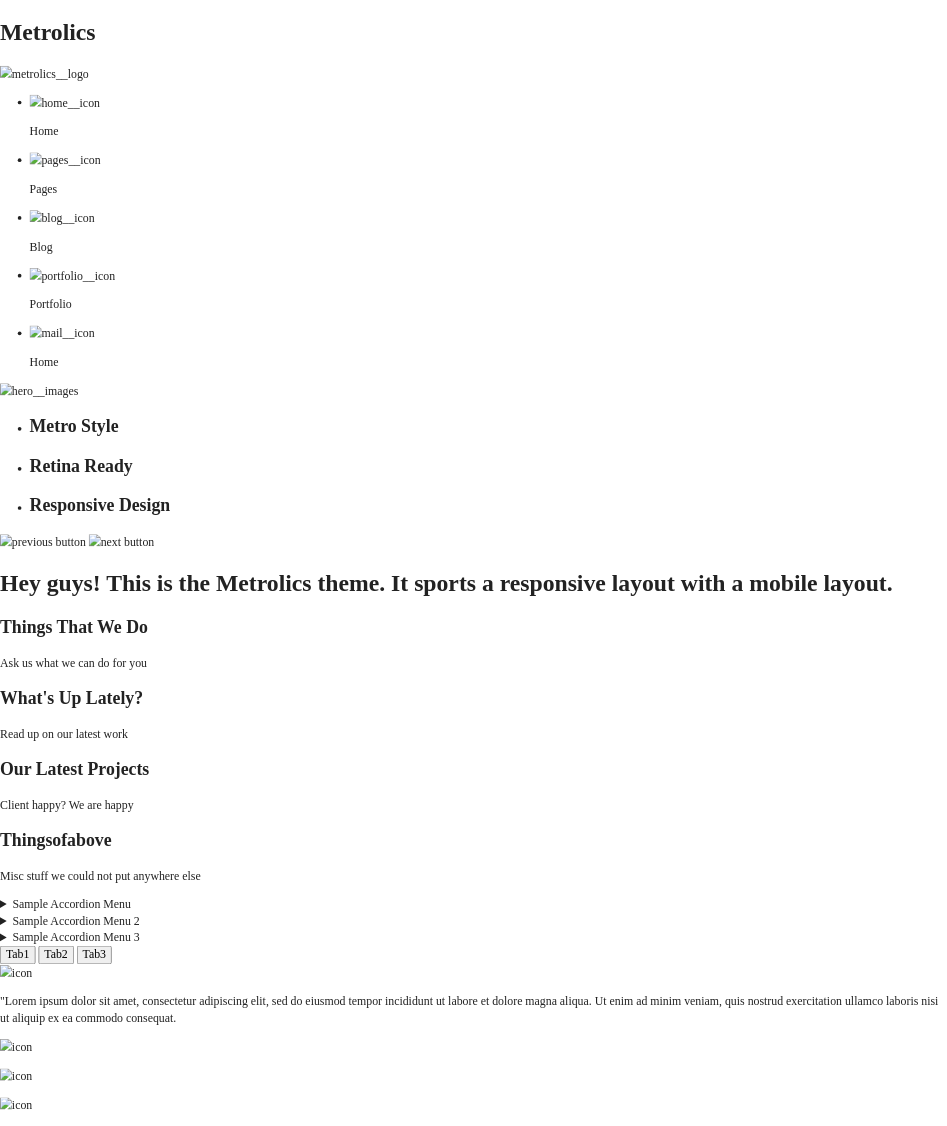
Repository: eilidhma/metrolics
Page: index.html
An editor plug-in stored every save of this project. The page is shown before and after a run of saves, followed by the edit.
The browser window is 1280 px wide. The pictures show the whole page, at 74% of full size.

Above is the page before, as saved 2021-01-26 23:44:29.

### index.html
<!doctype html>
<html class="no-js" lang="">

<head>
  <meta charset="utf-8">
  <title>Metrolics</title>
  <meta name="description" content="">
  <meta name="viewport" content="width=device-width, initial-scale=1">

  <meta property="og:title" content="">
  <meta property="og:type" content="">
  <meta property="og:url" content="">
  <meta property="og:image" content="">

  <link rel="manifest" href="site.webmanifest">
  <link rel="apple-touch-icon" href="icon.png">
  <!-- Place favicon.ico in the root directory -->

  <link rel="stylesheet" href="css/normalize.css">
  <link rel="stylesheet" href="css/main.css">

  <meta name="theme-color" content="#fafafa">
</head>


<!-- Add your site or application content here -->
<body class="page__home">
  <header class="page__header">
    <div class="page__title">
      <h1 class="large__headings">Metrolics</h1>
      <img src="" alt="metrolics__logo" class="header__icon">
    </div>
    <nav class="page__navigation">
      <ul class="navigation__section">
        <li class="navigation_items">
          <img src="" alt="home__icon" class="nav__icons">
          <p class="nav__titles">Home</p>
        </li>
        <li class="navigation_items">
          <img src="" alt="pages__icon" class="nav__icons">
          <p class="nav__titles">Pages</p>
        </li>
        <li class="navigation_items">
          <img src="" alt="blog__icon" class="nav__icons">
          <p class="nav__titles">Blog</p>
        </li>
        <li class="navigation_items">
          <img src="" alt="portfolio__icon" class="nav__icons">
          <p class="nav__titles">Portfolio</p>
        </li>
        <li class="navigation_items">
          <img src="" alt="mail__icon" class="nav__icons">
          <p class="nav__titles">Home</p>
        </li>
      </ul>
    </nav>
  </header>

  <section class="hero__section">
    <img src="" alt="hero__images">
    <ul class="hero__headings">
      <li>
        <div class="hero__headings__colour1"></div>
        <h2 class="medium__headings">Metro Style</h2>
      </li>
      <li>
        <div class="hero__headings__colour2"></div>
        <h2 class="medium__headings">Retina Ready</h2>
      </li>
      <li>
        <div class="hero__headings__colour3"></div>
        <h2 class="medium__headings">Responsive Design</h2>
      </li>
    </ul>
    <a class="prev" onclick="">
      <img src="" alt="previous button" class="prev__icon">
    </a>
    <a class="next" onclick="">
      <img src="" alt="next button" class="next__icon">
    </a>
  </section>

  <main class="page__main">
    <h1 class="large__headings">Hey guys! This is the Metrolics theme. It sports a responsive layout with a mobile layout.</h1>
    <h2 class="medium__headings">Things That We Do</h2>
    <p class="main__text">Ask us what we can do for you</p>

    <section>
      <div></div>
      <div></div>
      <div></div>
      <div></div>
    </section>

    <h2 class="medium__headings">What's Up Lately?</h2>
    <p class="main__text">Read up on our latest work</p>

    <section>
      <div></div>
      <div></div>
      <div></div>
    </section>

    <!-- SLIDER??? -->

    <h2 class="medium__headings">Our Latest Projects</h2>
    <p class="main__text">Client happy? We are happy</p>

    <section>
      <div></div>
      <div></div>
      <div></div>
      <div></div>
      <div></div>
      <div></div>
    </section>

    <h2 class="medium__headings">Thingsofabove</h2>
    <p class="main__text">Misc stuff we could not put anywhere else</p>

    <section>
      <div>
        <details>
          <summary>Sample Accordion Menu</summary>
          <img src="" alt="">
          <h4></h4>
          <p></p>
        </details>
        <details>
          <summary>Sample Accordion Menu 2</summary>
          <img src="" alt="">
          <h4></h4>
          <p></p>
        </details>
        <details>
          <summary>Sample Accordion Menu 3</summary>
          <img src="" alt="">
          <h4></h4>
          <p></p>
        </details>
      </div>
      <div>
        <div class="tab">
          <button class="tab__buttons" onclick="">Tab1</button>
          <button class="tab__buttons" onclick="">Tab2</button>
          <button class="tab__buttons" onclick="">Tab3</button>
        </div>
        <div class="tab__content">
          <div>
            <img src="" alt="icon" class="tab__content__icon">
            <p>"Lorem ipsum dolor sit amet, consectetur adipiscing elit, sed do eiusmod tempor incididunt ut labore et dolore magna aliqua. Ut enim ad minim veniam, quis nostrud exercitation ullamco laboris nisi ut aliquip ex ea commodo consequat. </p>
          </div>
          <div>
            <img src="" alt="icon" class="tab__content__icon">
            <p></p>
          </div>
          <div>
            <img src="" alt="icon" class="tab__content__icon">
            <p></p>
          </div>
          <div>
            <img src="" alt="icon" class="tab__content__icon">
            <p></p>
          </div>
        </div>
      </div>
    </section>
  </main>





  <script src="js/vendor/modernizr-3.11.2.min.js"></script>
  <script src="js/plugins.js"></script>
  <script src="js/main.js"></script>

  <!-- Google Analytics: change UA-XXXXX-Y to be your site's ID. -->
  <script>
    window.ga = function () { ga.q.push(arguments) }; ga.q = []; ga.l = +new Date;
    ga('create', 'UA-XXXXX-Y', 'auto'); ga('set', 'anonymizeIp', true); ga('set', 'transport', 'beacon'); ga('send', 'pageview')
  </script>
  <script src="https://www.google-analytics.com/analytics.js" async></script>
</body>

</html>

### css/main.css
/*! HTML5 Boilerplate v8.0.0 | MIT License | https://html5boilerplate.com/ */

/* main.css 2.1.0 | MIT License | https://github.com/h5bp/main.css#readme */
/*
 * What follows is the result of much research on cross-browser styling.
 * Credit left inline and big thanks to Nicolas Gallagher, Jonathan Neal,
 * Kroc Camen, and the H5BP dev community and team.
 */

/* ==========================================================================
   Base styles: opinionated defaults
   ========================================================================== */

html {
  color: #222;
  font-size: 1em;
  line-height: 1.4;
}

/*
 * Remove text-shadow in selection highlight:
 * https://twitter.com/miketaylr/status/12228805301
 *
 * Vendor-prefixed and regular ::selection selectors cannot be combined:
 * https://stackoverflow.com/a/16982510/7133471
 *
 * Customize the background color to match your design.
 */

::-moz-selection {
  background: #b3d4fc;
  text-shadow: none;
}

::selection {
  background: #b3d4fc;
  text-shadow: none;
}

/*
 * A better looking default horizontal rule
 */

hr {
  display: block;
  height: 1px;
  border: 0;
  border-top: 1px solid #ccc;
  margin: 1em 0;
  padding: 0;
}

/*
 * Remove the gap between audio, canvas, iframes,
 * images, videos and the bottom of their containers:
 * https://github.com/h5bp/html5-boilerplate/issues/440
 */

audio,
canvas,
iframe,
img,
svg,
video {
  vertical-align: middle;
}

/*
 * Remove default fieldset styles.
 */

fieldset {
  border: 0;
  margin: 0;
  padding: 0;
}

/*
 * Allow only vertical resizing of textareas.
 */

textarea {
  resize: vertical;
}

/* ==========================================================================
   Author's custom styles
   ========================================================================== */

/* ==========================================================================
   Helper classes
   ========================================================================== */

/*
 * Hide visually and from screen readers
 */

.hidden,
[hidden] {
  display: none !important;
}

/*
 * Hide only visually, but have it available for screen readers:
 * https://snook.ca/archives/html_and_css/hiding-content-for-accessibility
 *
 * 1. For long content, line feeds are not interpreted as spaces and small width
 *    causes content to wrap 1 word per line:
 *    https://medium.com/@jessebeach/beware-smushed-off-screen-accessible-text-5952a4c2cbfe
 */

.sr-only {
  border: 0;
  clip: rect(0, 0, 0, 0);
  height: 1px;
  margin: -1px;
  overflow: hidden;
  padding: 0;
  position: absolute;
  white-space: nowrap;
  width: 1px;
  /* 1 */
}

/*
 * Extends the .sr-only class to allow the element
 * to be focusable when navigated to via the keyboard:
 * https://www.drupal.org/node/897638
 */

.sr-only.focusable:active,
.sr-only.focusable:focus {
  clip: auto;
  height: auto;
  margin: 0;
  overflow: visible;
  position: static;
  white-space: inherit;
  width: auto;
}

/*
 * Hide visually and from screen readers, but maintain layout
 */

.invisible {
  visibility: hidden;
}

/*
 * Clearfix: contain floats
 *
 * For modern browsers
 * 1. The space content is one way to avoid an Opera bug when the
 *    `contenteditable` attribute is included anywhere else in the document.
 *    Otherwise it causes space to appear at the top and bottom of elements
 *    that receive the `clearfix` class.
 * 2. The use of `table` rather than `block` is only necessary if using
 *    `:before` to contain the top-margins of child elements.
 */

.clearfix::before,
.clearfix::after {
  content: " ";
  display: table;
}

.clearfix::after {
  clear: both;
}

/* ==========================================================================
   EXAMPLE Media Queries for Responsive Design.
   These examples override the primary ('mobile first') styles.
   Modify as content requires.
   ========================================================================== */

@media only screen and (min-width: 35em) {
  /* Style adjustments for viewports that meet the condition */
}

@media print,
  (-webkit-min-device-pixel-ratio: 1.25),
  (min-resolution: 1.25dppx),
  (min-resolution: 120dpi) {
  /* Style adjustments for high resolution devices */
}

/* ==========================================================================
   Print styles.
   Inlined to avoid the additional HTTP request:
   https://www.phpied.com/delay-loading-your-print-css/
   ========================================================================== */

@media print {
  *,
  *::before,
  *::after {
    background: #fff !important;
    color: #000 !important;
    /* Black prints faster */
    box-shadow: none !important;
    text-shadow: none !important;
  }

  a,
  a:visited {
    text-decoration: underline;
  }

  a[href]::after {
    content: " (" attr(href) ")";
  }

  abbr[title]::after {
    content: " (" attr(title) ")";
  }

  /*
   * Don't show links that are fragment identifiers,
   * or use the `javascript:` pseudo protocol
   */
  a[href^="#"]::after,
  a[href^="javascript:"]::after {
    content: "";
  }

  pre {
    white-space: pre-wrap !important;
  }

  pre,
  blockquote {
    border: 1px solid #999;
    page-break-inside: avoid;
  }

  /*
   * Printing Tables:
   * https://web.archive.org/web/20180815150934/http://css-discuss.incutio.com/wiki/Printing_Tables
   */
  thead {
    display: table-header-group;
  }

  tr,
  img {
    page-break-inside: avoid;
  }

  p,
  h2,
  h3 {
    orphans: 3;
    widows: 3;
  }

  h2,
  h3 {
    page-break-after: avoid;
  }
}

### js/plugins.js
// Avoid `console` errors in browsers that lack a console.
(function() {
  var method;
  var noop = function () {};
  var methods = [
    'assert', 'clear', 'count', 'debug', 'dir', 'dirxml', 'error',
    'exception', 'group', 'groupCollapsed', 'groupEnd', 'info', 'log',
    'markTimeline', 'profile', 'profileEnd', 'table', 'time', 'timeEnd',
    'timeline', 'timelineEnd', 'timeStamp', 'trace', 'warn'
  ];
  var length = methods.length;
  var console = (window.console = window.console || {});

  while (length--) {
    method = methods[length];

    // Only stub undefined methods.
    if (!console[method]) {
      console[method] = noop;
    }
  }
}());

// Place any jQuery/helper plugins in here.

Loaded but not shown: css/normalize.css (library); js/vendor/modernizr-3.11.2.min.js (library); js/main.js (no copy from this time; the picture is the same without it)

After the next 3 saves:
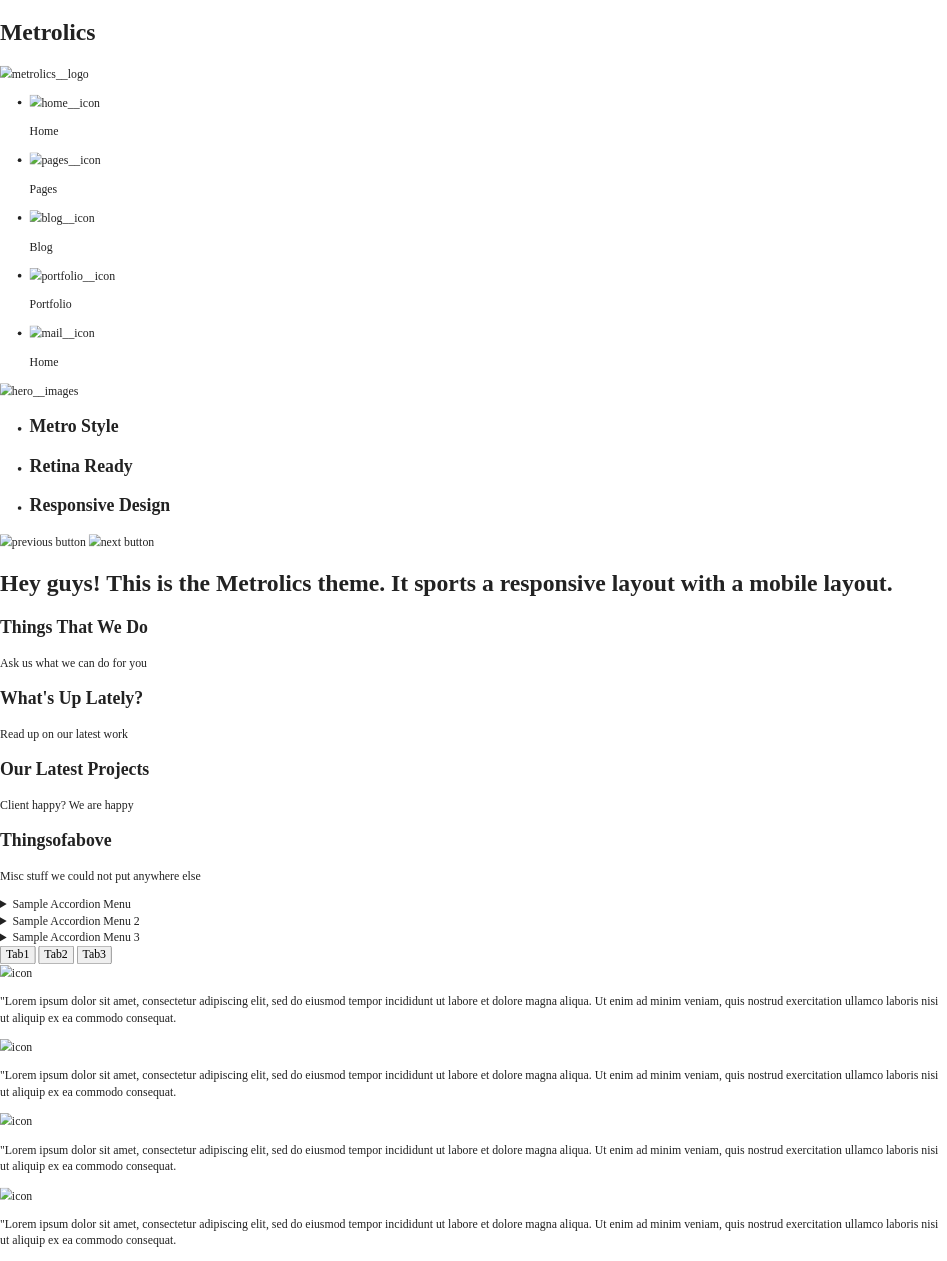
The 3 saves are shown as one change because they came seconds apart.
The last was saved 10 s later.
--- a/index.html
+++ b/index.html
@@ -152,15 +152,15 @@
           </div>
           <div>
             <img src="" alt="icon" class="tab__content__icon">
-            <p></p>
+            <p>"Lorem ipsum dolor sit amet, consectetur adipiscing elit, sed do eiusmod tempor incididunt ut labore et dolore magna aliqua. Ut enim ad minim veniam, quis nostrud exercitation ullamco laboris nisi ut aliquip ex ea commodo consequat. </p>
           </div>
           <div>
             <img src="" alt="icon" class="tab__content__icon">
-            <p></p>
+            <p>"Lorem ipsum dolor sit amet, consectetur adipiscing elit, sed do eiusmod tempor incididunt ut labore et dolore magna aliqua. Ut enim ad minim veniam, quis nostrud exercitation ullamco laboris nisi ut aliquip ex ea commodo consequat. </p>
           </div>
           <div>
             <img src="" alt="icon" class="tab__content__icon">
-            <p></p>
+            <p>"Lorem ipsum dolor sit amet, consectetur adipiscing elit, sed do eiusmod tempor incididunt ut labore et dolore magna aliqua. Ut enim ad minim veniam, quis nostrud exercitation ullamco laboris nisi ut aliquip ex ea commodo consequat. </p>
           </div>
         </div>
       </div>
